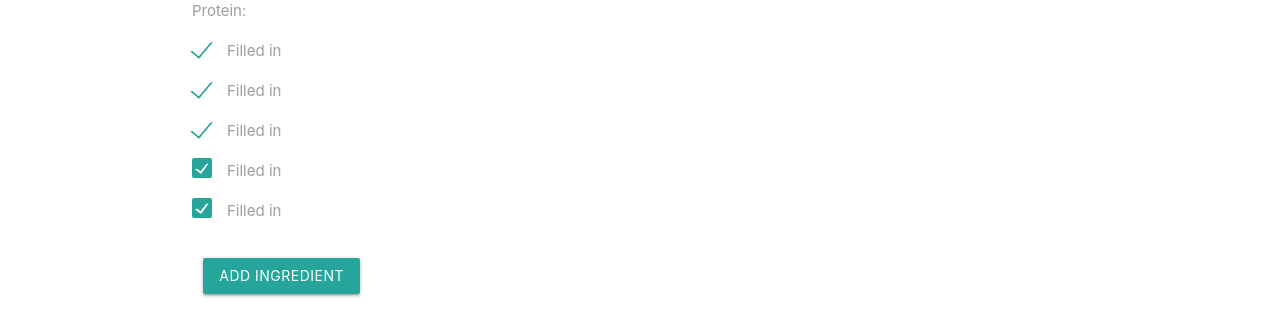
Repository: Aaron-R-Carter/Project1
Page: prototype.html
These files come from the project's save history. The page is drawn as it stood at one moment and after a run of saves; the edit follows.
The browser window is 1280 px wide. The pictures show the whole page.

Above is the page before, as saved 2019-10-31 22:55:31.
Console error: SyntaxError: Unexpected token '<'

After the next 2 saves:
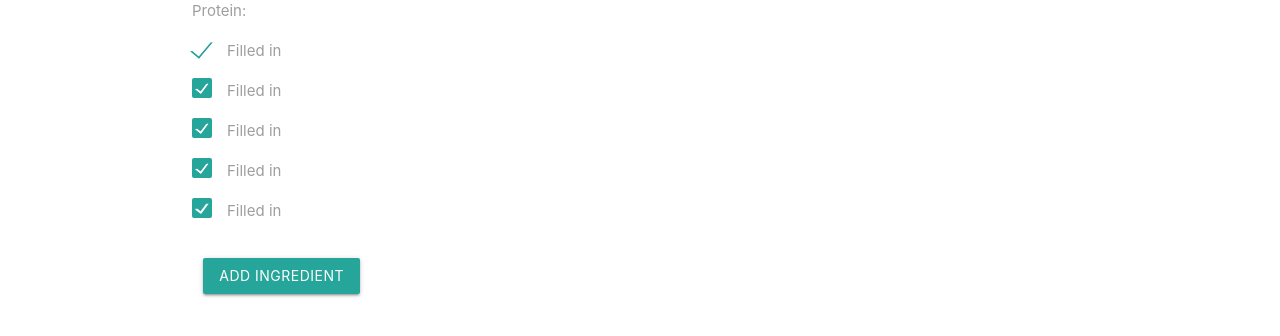
The 2 saves are shown as one change because they came seconds apart.
The last was saved 21 s later.
--- a/prototype.html
+++ b/prototype.html
@@ -20,19 +20,19 @@
             <form action="#">
                 <p>
                     <label>
-                        <input type="checkbox" class="Chicken" checked="checked" />
+                        <input type="checkbox" class="" checked="checked" />
                         <span>Filled in</span>
                     </label>
                 </p>
                 <p>
                     <label>
-                        <input type="checkbox" class="Beef" checked="checked" />
+                        <input type="checkbox" class="filled-in" checked="checked" />
                         <span>Filled in</span>
                     </label>
                 </p>
                 <p>
                     <label>
-                        <input type="checkbox" class="Pork" checked="checked" />
+                        <input type="checkbox" class="filled-in" checked="checked" />
                         <span>Filled in</span>
                     </label>
                 </p>
